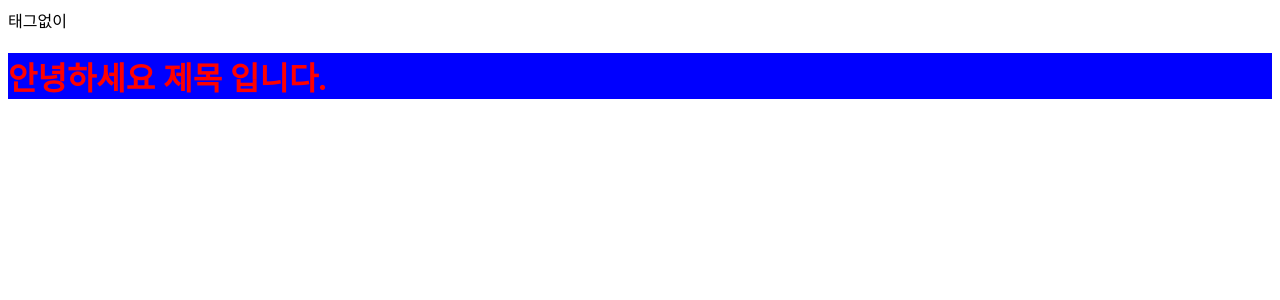
Repository: SeungwanHong/Web-jsp-
Page: 20170413/WebContent/main01.html
An editor plug-in stored every save of this project. The page is shown before and after the next save, followed by the edit.
The browser window is 1280 px wide. The pictures show the whole page.

Above is the page before, as saved 2017-04-13 00:39:24.

### 20170413/WebContent/main01.html
<!DOCTYPE html>		<!-- html을 시작 하겟다 -->
<html>
<head>
<meta charset="EUC-KR">
<title>안녕하세요</title>
</head>
<body>
<!--
	<엘리먼트>텍스트</엘리먼트>
	엘리먼트에 텍스트가 들어간다. 엘리먼트 - 태그(tag)
	앨리먼트에는 속성(atrribute)를 지정하여 앨리먼트마다 다른 속성을 가지게 할 수 있다.
	id, class, name 등등이 대표적인 속성

 -->
	태그없이<h1 style="color:red; background-color:blue;">안녕하세요 제목 입니다.</h1>

</body>
</html>

After the next save:
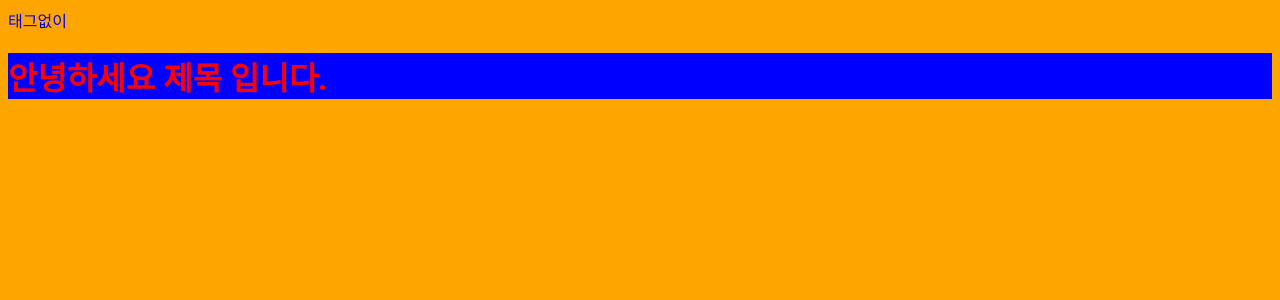
Saved 99 s later.
--- a/20170413/WebContent/main01.html
+++ b/20170413/WebContent/main01.html
@@ -4,7 +4,7 @@
 <meta charset="EUC-KR">
 <title>안녕하세요</title>
 </head>
-<body>
+<body style="color: blue; background-color: orange;">
 <!--
 	<엘리먼트>텍스트</엘리먼트>
 	엘리먼트에 텍스트가 들어간다. 엘리먼트 - 태그(tag)
